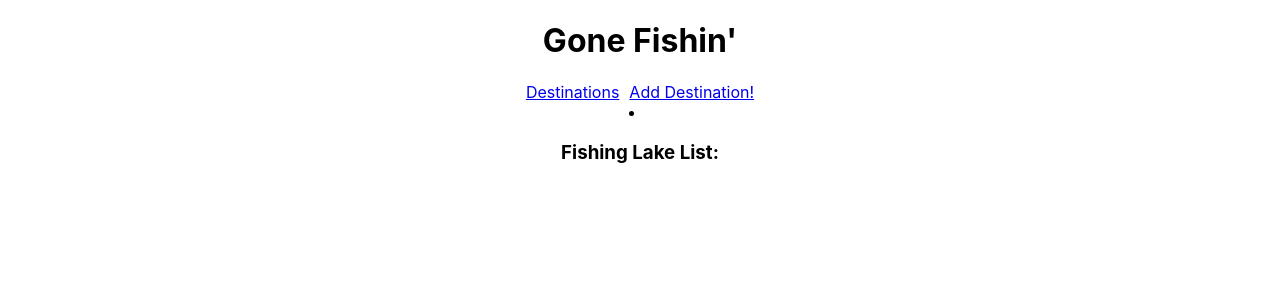
Repository: randysteele/gonefishin-frontend
Page: /destinations (app in gone-fishin-frontend/)
These files come from the project's save history. The page is drawn as it stood at one moment and after the next save; the edit follows.
The browser window is 1280 px wide. The pictures show the whole page.
The page's requests for data from a server got no answer. The project was rebuilt for these pictures with package versions that can differ from the ones it lists, and the page was loaded fresh each time. No one was signed in, and anything a server would have sent is missing. Also part of the build but not shown: gone-fishin-frontend/src/actions/addDestination.js, gone-fishin-frontend/src/components/DestinationsInput.js, gone-fishin-frontend/src/actions/addFeature.js, gone-fishin-frontend/src/components/FeaturesInput.js, gone-fishin-frontend/src/actions/deleteFeature.js, gone-fishin-frontend/src/components/FeaturesList.js, gone-fishin-frontend/src/containers/FeaturesContainer.js, gone-fishin-frontend/src/actions/editDestination.js and 7 more.

Above is the page before, as saved 2020-08-09 13:40:07.

### gone-fishin-frontend/public/index.html
<!DOCTYPE html>
<html lang="en">
  <head>
    <meta charset="utf-8" />
    <link rel="icon" href="%PUBLIC_URL%/favicon.ico" />
    <meta name="viewport" content="width=device-width, initial-scale=1" />
    <meta name="theme-color" content="#000000" />
    <meta
      name="description"
      content="Web site created using create-react-app"
    />
    <link rel="apple-touch-icon" href="%PUBLIC_URL%/logo192.png" />
    <!--
      manifest.json provides metadata used when your web app is installed on a
      user's mobile device or desktop. See https://developers.google.com/web/fundamentals/web-app-manifest/
    -->
    <link rel="manifest" href="%PUBLIC_URL%/manifest.json" />
    <!--
      Notice the use of %PUBLIC_URL% in the tags above.
      It will be replaced with the URL of the `public` folder during the build.
      Only files inside the `public` folder can be referenced from the HTML.

      Unlike "/favicon.ico" or "favicon.ico", "%PUBLIC_URL%/favicon.ico" will
      work correctly both with client-side routing and a non-root public URL.
      Learn how to configure a non-root public URL by running `npm run build`.
    -->
    <title>Gone Fishin</title>
  </head>
  <body>
    <noscript>You need to enable JavaScript to run this app.</noscript>
    <div id="root"></div>
    <!--
      This HTML file is a template.
      If you open it directly in the browser, you will see an empty page.

      You can add webfonts, meta tags, or analytics to this file.
      The build step will place the bundled scripts into the <body> tag.

      To begin the development, run `npm start` or `yarn start`.
      To create a production bundle, use `npm run build` or `yarn build`.
    -->
  </body>
</html>

### gone-fishin-frontend/src/index.js
import React from 'react';
import ReactDOM from 'react-dom';
import './index.css';
import App from './App';
import * as serviceWorker from './serviceWorker';
import { Provider } from 'react-redux';
import destinations from './reducers/destinations'
import thunk from 'redux-thunk'
import { createStore, applyMiddleware, compose} from 'redux'
import {BrowserRouter as Router} from 'react-router-dom'


const composeEnhancer = window.__REDUX_DEVTOOLS_EXTENSION_COMPOSE__ || compose;

const store = createStore(destinations, composeEnhancer(applyMiddleware(thunk)))

ReactDOM.render(
<Provider store={store}>
<Router>
<App />
</Router>
</Provider>,
document.getElementById('root')
);

// If you want your app to work offline and load faster, you can change
// unregister() to register() below. Note this comes with some pitfalls.
// Learn more about service workers: https://bit.ly/CRA-PWA
serviceWorker.unregister();

### gone-fishin-frontend/src/App.js
import React from 'react';
import './App.css';
// import {connect} from 'react-redux'
import DestinationsContainer from './containers/DestinationsContainer'
// import DestinationsInput from './components/DestinationsInput';
// import DestinationsList from './components/DestinationsList';
//import {fetchDestinations} from './actions/fetchDestinations'



class App extends React.Component {

  componentDidMount() {
    fetch('http://localhost:3000/api/v1/destinations/')
    .then(response => response.json())
    .then(data => console.log(data))
  }


  render(){
    return(
      <div className="App" >
        <h1>Gone Fishin'</h1>
      <DestinationsContainer />



      </div>
    )
  }
}

export default App

### gone-fishin-frontend/src/reducers/destinations.js

export default function destinations(state = {destinations: []}, action) {
    //debugger
    switch(action.type){
    case 'FETCH_DESTINATIONS':
      return {destinations: action.payload}
    case 'ADD_FEATURE':
      let destinations = state.destinations.map(destination => {
        if (destination.id === action.payload.id) {
         return action.payload
        } else {
          return destination
        }
      })
      return {...state, destinations: destinations}
      case 'DELETE_FEATURE':
         // debugger
        let destinationss = state.destinations.map(destination => {
            if (destination.id === action.payload.id) {
             return action.payload
            } else {
              return destination
            }
          })
          return {...state, destinations: destinationss}
      case 'EDIT_DESTINATION':
        let destinationsss = state.destinations.map(destination => {
            if (destination.id === action.payload.id) {
             return action.payload
            } else {
              return destination
            }
          })
          return {...state, destinations: destinationsss}

          case 'ADD_COMMENT':
            let destinationForComments = state.destinations.map(destination => {
              if (destination.id === action.payload.id) {
               return action.payload
              } else {
                return destination
              }
            })
            return {...state, destinations: destinationForComments}

    default:
    return state
    }
}

### gone-fishin-frontend/src/containers/DestinationsContainer.js
// a container should render other components and pass them data if needed
// they are typically class components
import React from 'react'
import {connect} from 'react-redux'
import {fetchDestinations} from '../actions/fetchDestinations'
import DestinationsList from  '../components/DestinationsList'
import DestinationsInput from '../components/DestinationsInput'
import DestinationShow from  '../components/DestinationShow'
import {Route, Switch} from 'react-router-dom'
import Navbar from '../components/Navbar'




class DestinationsContainer extends React.Component {


    componentDidMount(){
      this.props.fetchDestinations()
    }

    render(){
      return (
        <div>
          <Navbar/>
          <Switch>
         <Route  path='/destinations/new' component={DestinationsInput}/>
         <Route  path='/destinations/:id'  render={(routerProps) => <DestinationShow {...routerProps} destinations={this.props.destinations}/>}/>
         <Route  exact path='/destinations' render={(routerProps) => <DestinationsList {...routerProps} destinations={this.props.destinations}/>}/>
         </Switch><br></br>

        </div>
      )

       }
    }
const mapStateToProps = state => {
    return {
        destinations: state.destinations
    }
}
export default connect(mapStateToProps, {fetchDestinations})(DestinationsContainer);

### gone-fishin-frontend/src/actions/fetchDestinations.js


export function fetchDestinations() {
  return (dispatch) => {
   fetch("http://localhost:3000/api/v1/destinations/")
    .then(response => response.json())
    .then(destinations => dispatch({
      type: 'FETCH_DESTINATIONS',
       payload: destinations
    }))
  }
}

### gone-fishin-frontend/src/components/DestinationsList.js
import React from 'react'
// import DestinationsContainer from '../containers/DestinationsContainer'
// import DestinationShow from './DestinationShow'
import {Route, Link} from 'react-router-dom'



const DestinationsList = (props) => {

    return (

        <li><h3>Fishing Lake List:</h3>{props.destinations.map(dest => <h5><li  key={dest.id}>Lake Name:<Link to={`/destinations/${dest.id}`}>{dest.name}</Link>  <br></br> City: {dest.city} <br></br> State: {dest.state} <br></br> Description: {dest.description}</li></h5>)}
   </li>


    )
}

export default DestinationsList

### gone-fishin-frontend/src/components/Navbar.js
import React from 'react'
import {Link} from 'react-router-dom'

const Navbar = (props) => {

    return (
        <div>
            <Link to='/destinations' style={{paddingRight: '10px'}}>Destinations</Link>
            <Link to='/destinations/new'>Add Destination!</Link>
        </div>
    )
}
export default Navbar

Loaded but not shown: gone-fishin-frontend/src/index.css (common file); gone-fishin-frontend/src/serviceWorker.js (common file); gone-fishin-frontend/src/App.css (common file)

After the next save:
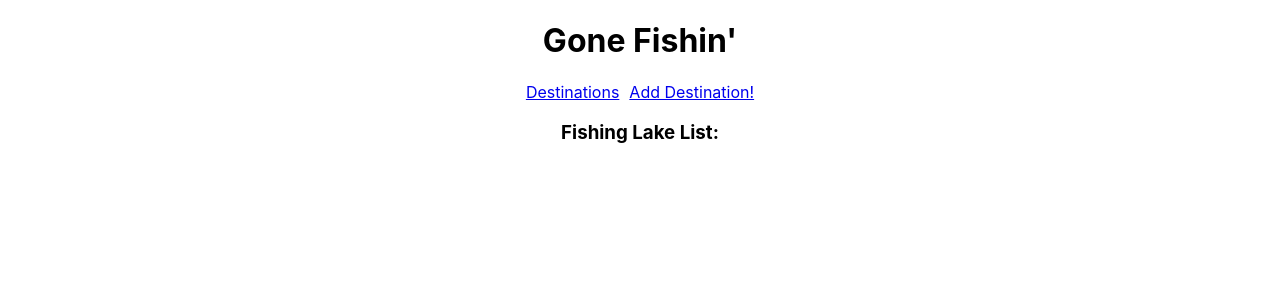
Saved 4 min 21 s later.
--- a/gone-fishin-frontend/src/components/DestinationsList.js
+++ b/gone-fishin-frontend/src/components/DestinationsList.js
@@ -8,9 +8,9 @@ import {Route, Link} from 'react-router-dom'
 const DestinationsList = (props) => {
 
     return (
-
-        <li><h3>Fishing Lake List:</h3>{props.destinations.map(dest => <h5><li  key={dest.id}>Lake Name:<Link to={`/destinations/${dest.id}`}>{dest.name}</Link>  <br></br> City: {dest.city} <br></br> State: {dest.state} <br></br> Description: {dest.description}</li></h5>)}
-   </li>
+       <div>
+        <h3>Fishing Lake List:</h3>{props.destinations.map(dest => <h5><div key={dest.id}>Lake Name:<Link to={`/destinations/${dest.id}`}>{dest.name}</Link>  <br></br> City: {dest.city} <br></br> State: {dest.state} <br></br> Description: {dest.description}</div></h5>)}
+   </div>
 
 
     )
